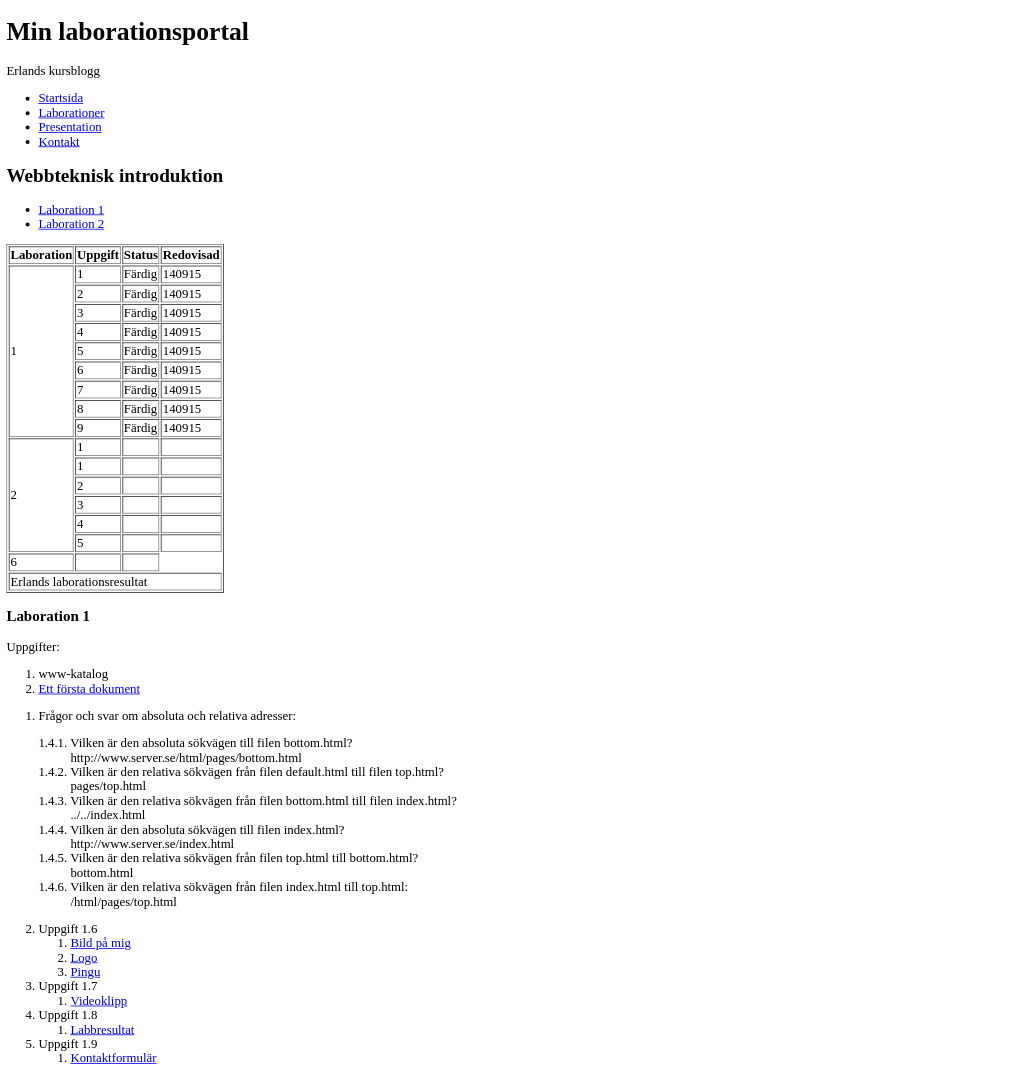
Repository: ej222ru/1IK415-laborationer
Page: pages/laborationer.html
The author's editor kept a record of every edit. The page is drawn from the files as they stood at one moment, then again after the next edit.
The browser window is 1280 px wide. The pictures show the whole page, at 80% of full size.

Above is the page before.

After the next edit:
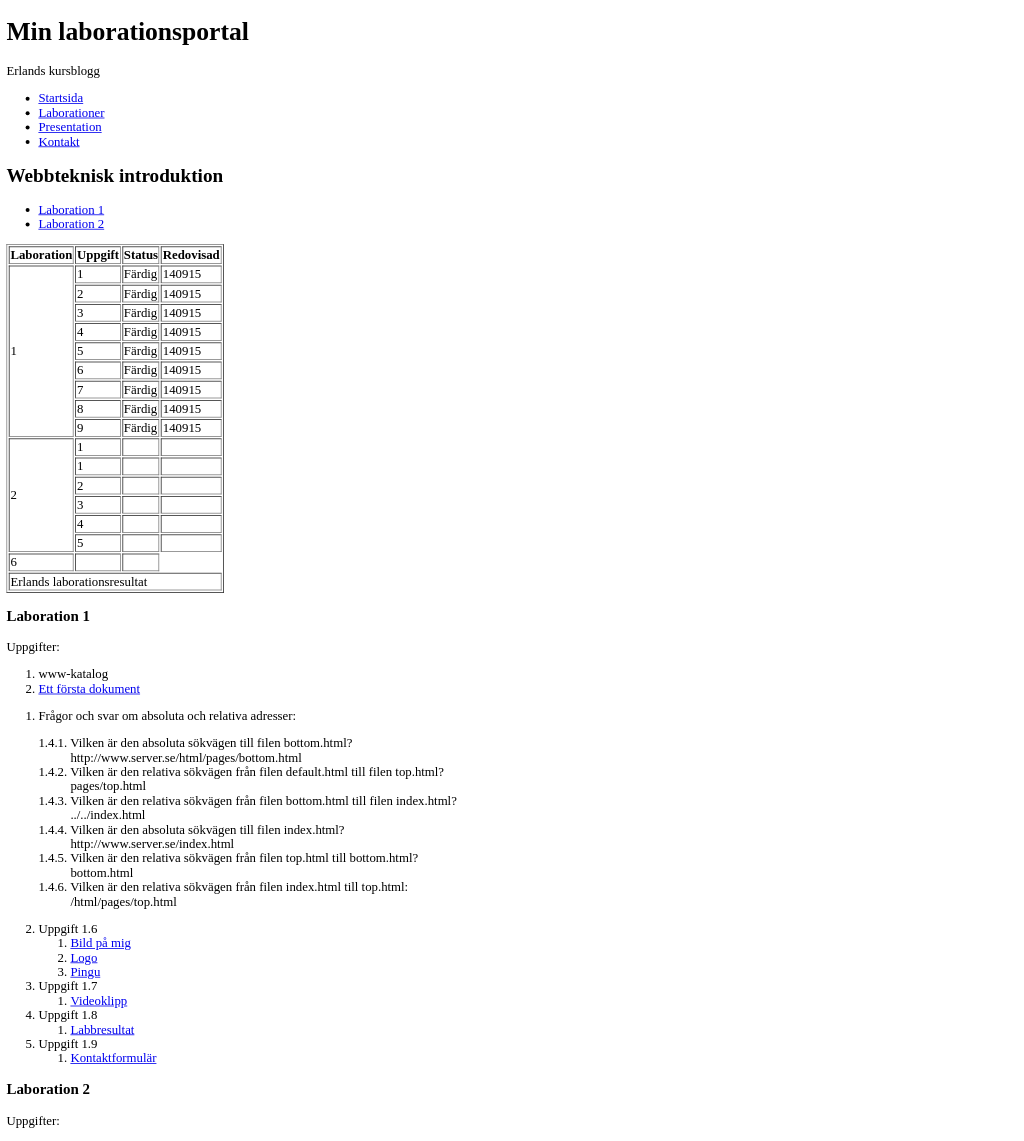
The edit:
--- a/pages/laborationer.html
+++ b/pages/laborationer.html
@@ -168,5 +168,7 @@
                 </ol>
             </li>
         </ol>
-      </body>
+        <h3>Laboration 2 <a id="Laboration2"></a></h3>
+        <p>Uppgifter:</p>
+        </body>
 </html>
